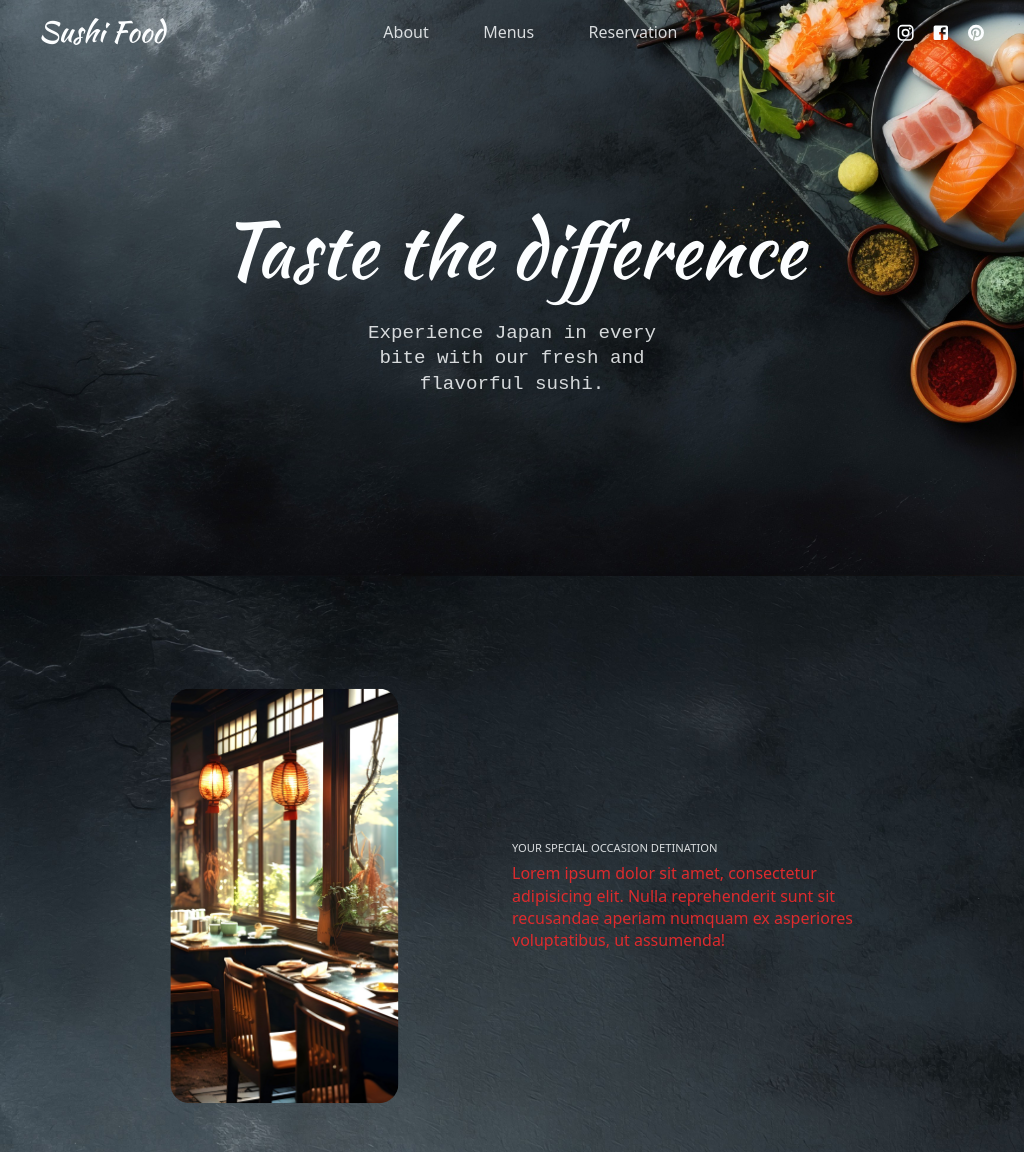
Repository: Adrien-legeleu/sushi-food
Page: /
The author's editor kept a copy of each file at every save. The page is drawn from the files as they stood at one save, then again after the next save.
The browser window is 1280 px wide. The pictures show the whole page, at 80% of full size.
Some web fonts or font styles are not loaded; a fallback is used. The project was rebuilt for these pictures with package versions that can differ from the ones it lists, and the page was loaded fresh each time. Also part of the build but not shown: vite.config.ts.

Above is the page before, as saved 2024-04-29 19:46:48.

After the next save:
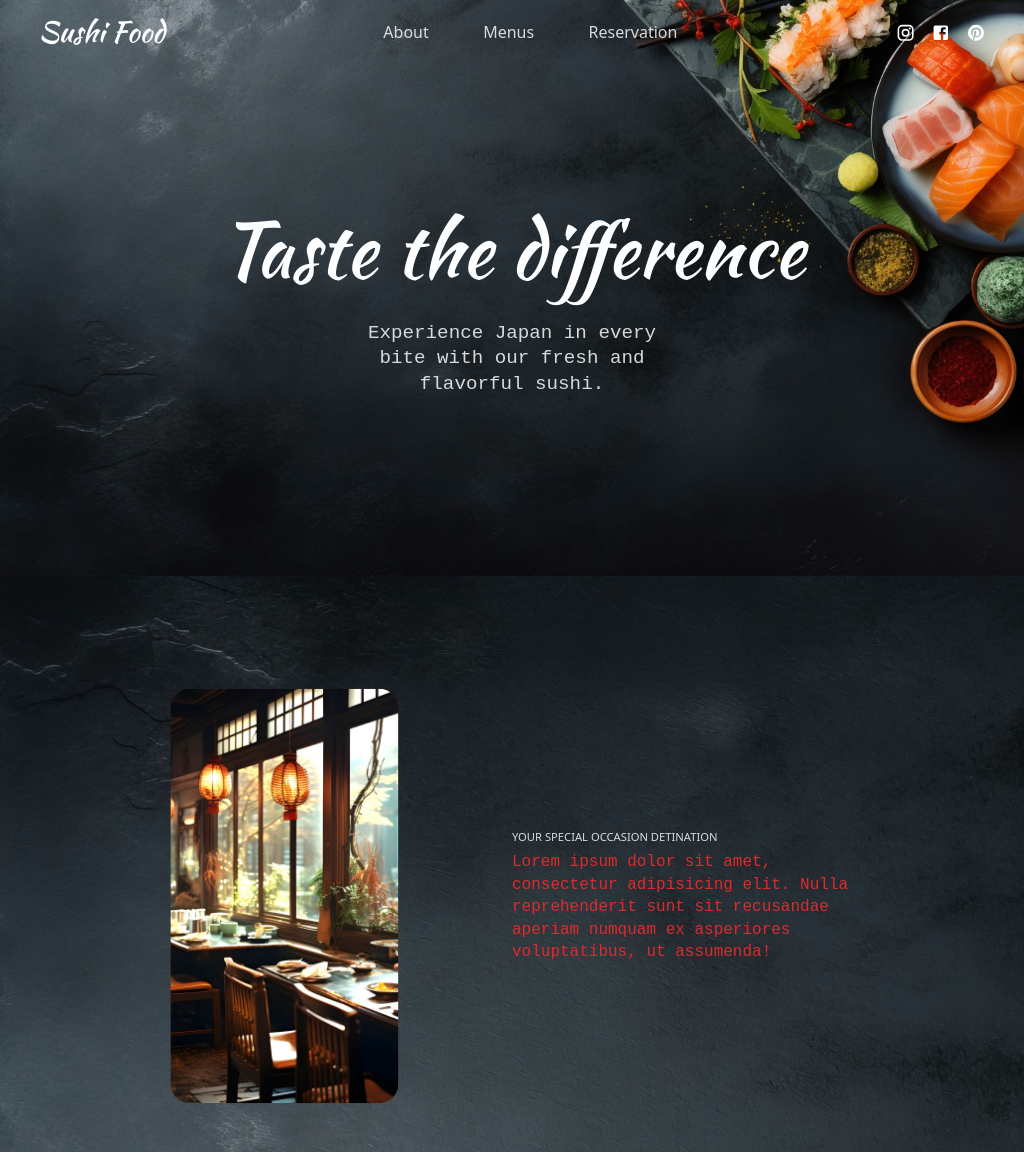
Saved 21 s later.
--- a/src/Components/About.tsx
+++ b/src/Components/About.tsx
@@ -10,7 +10,7 @@ export const About =()=>{
                 </div>
                 <div className="flex-1 flex gap-2 flex-col">
                     <h4 className="text-whiteText text-sm">YOUR SPECIAL OCCASION DETINATION</h4>
-                    <p className="text-red text-xl">Lorem ipsum dolor sit amet, consectetur adipisicing elit. Nulla reprehenderit sunt sit recusandae aperiam numquam ex asperiores voluptatibus, ut assumenda!</p>
+                    <p className="text-red text-xl font-text">Lorem ipsum dolor sit amet, consectetur adipisicing elit. Nulla reprehenderit sunt sit recusandae aperiam numquam ex asperiores voluptatibus, ut assumenda!</p>
                 </div>
             </div>
         </div>
